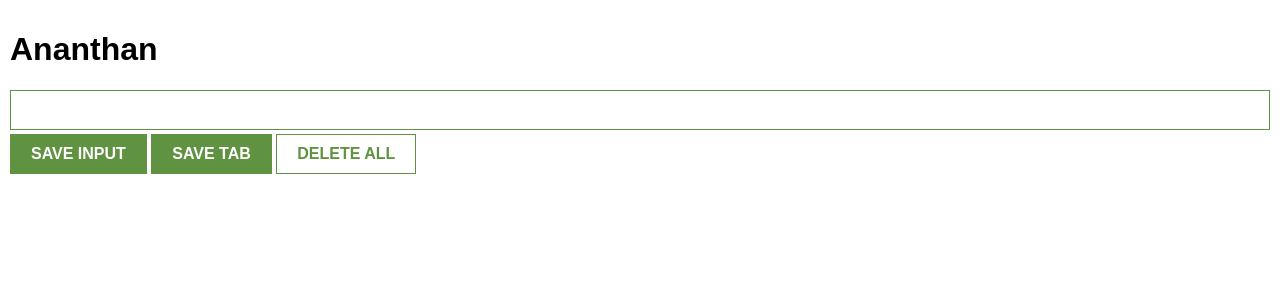
Repository: ananthantharma/Chrome-Extension
Page: index.html
These files come from the project's save history. The page is drawn as it stood at one moment and after the next save; the edit follows.
The browser window is 1280 px wide. The pictures show the whole page.

Above is the page before, as saved 2022-07-20 23:11:05.

### index.html
<html>
    <head><link rel="stylesheet" href="https://cdnjs.cloudflare.com/ajax/libs/normalize/8.0.1/normalize.css">
        <link rel="stylesheet" href="index.css">
        <h1>Ananthan</h1>
    </head>
    <body>
        <input type="text" id="input-el">
        <button id="input-btn">SAVE INPUT</button>
        <button id="tab-btn">SAVE TAB</button>
        <button id="delete-btn">DELETE ALL</button>
        <ul id="ul-el">
        </ul>
        <script src="index.js"></script>
    </body>
</html>

### index.css
body {
    margin: 0;
    padding: 10px;
    font-family: Arial, Helvetica, sans-serif;
    min-width: 400px;
}

input {
    width: 100%;
    padding: 10px;
    box-sizing: border-box;
    border: 1px solid #5f9341;
    margin-bottom: 4px;
}

button {
    background: #5f9341;
    color: white;
    padding: 10px 20px;
    border: 1px solid #5f9341;
    font-weight: bold;
}

#delete-btn {
    background: white;
    color: #5f9341;
}

ul {
    margin-top: 20px;
    list-style: none;
    padding-left: 0;
}

li {
    margin-top: 5px;
}

a {
    color: #5f9341;
}

#delete-icon {
    background: white;
    color: #5f9341;
    font-family: Arial, Helvetica, sans-serif;
    font-size:10px;

    margin: 0;
    padding: 0;
    margin-left: 4px;

    line-height: normal;
}
.small-btn{
    background: white;
    color: #5f9341;
    font-family: Arial, Helvetica, sans-serif;
    font-size:10px;

    margin: 0;
    padding: 0;
    margin-left: 4px;

    line-height: normal;
}

### index.js
let myLeads = []
const inputEl = document.getElementById("input-el")
const inputBtn = document.getElementById("input-btn")
const ulEl = document.getElementById("ul-el")
const deleteBtn = document.getElementById("delete-btn")
const leadsFromLocalStorage = JSON.parse( localStorage.getItem("myLeads") )
const tabBtn = document.getElementById("tab-btn")
const li=document.createElement("li")



if (leadsFromLocalStorage) {
    myLeads = leadsFromLocalStorage
    render(myLeads)
   }

tabBtn.addEventListener("click", function(){
    chrome.tabs.query({active: true, currentWindow: true}, function(tabs){
        myLeads.push(tabs[0].url)
        localStorage.setItem("myLeads", JSON.stringify(myLeads) )

        let a5=document.createElement('a')
        let list5 =document.createElement("li")
        let button5=document.createElement('button')

        button5.className="small-btn"
        button5.id="small-button"
        button5.innerHTML="Delete";
        button5.onclick=function(){
            list5.remove()
            let index = myLeads.indexOf(tabs[0].url);
            //if (index !== -1) {
                myLeads.splice(index, 1);
                localStorage.setItem("myLeads", JSON.stringify(myLeads) )
            //}
        }
        a5.innerHTML=tabs[0].url
        a5.title =tabs[0].url
        a5.href=tabs[0].url



        ulEl.appendChild(list5)
        list5.appendChild(a5)
        list5.appendChild(button5)



        })
    })

function render(leads) {
    for (let i = 0; i < leads.length; i++) {
        //li.appendChild(document.createTextNode(leads[i]));
        let a=document.createElement('a')
        let list =document.createElement("li")
        let button=document.createElement("button")
        button.className="small-btn"
        button.id="small-button"
        button.innerHTML="Delete";
        //*********************************************** */
        button.onclick=function(){
            list.remove()
            let index = myLeads.indexOf(leads[i]);
            //if (index !== -1) {
                myLeads.splice(index, 1);
                localStorage.setItem("myLeads", JSON.stringify(myLeads) )
            //}
        }

        a.innerHTML=leads[i]
        a.title =leads[i]
        a.href=leads[i]

        ulEl.appendChild(list)
        list.appendChild(a)
        list.appendChild(button)



        }

          }

          function removebutton(parent) {

                this.parentElement.remove();
            }

    deleteBtn.addEventListener("dblclick", function() {
        myLeads = []
        localStorage.clear()
        document.getElementById('ul-el').innerHTML = '';
        console.log(myLeads)
        })





    inputBtn.addEventListener("click", function() {
        myLeads.push(inputEl.value)
        localStorage.setItem("myLeads", JSON.stringify(myLeads))

        let a1=document.createElement('a')
        let list1=document.createElement("li")

        let button2=document.createElement('button')
        button2.className="small-btn"
        button2.id="small-button"
        a1.innerHTML=inputEl.value
        a1.title =inputEl.value
        a1.href=inputEl.value

        button2.innerHTML="Delete"
        button2.onclick=function(){
            list1.remove()
            let index = myLeads.indexOf(inputEl.value);
            //if (index !== -1) {
                myLeads.splice(index, 1);
                localStorage.setItem("myLeads", JSON.stringify(myLeads) )
            //}
        }


        ulEl.appendChild(list1);
        list1.appendChild(a1)
        list1.appendChild(button2)


        inputEl.value = ""


        console.log(myLeads)
        })



        /* removeBtn && removeBtn.addEventListener("click", function(){
            myLeads.splice(this.i, 1);
            localStorage.setItem("myLeads", JSON.stringify(myLeads) )
            render(myLeads)
        }) */

     /*    function removebutton(i){
            myLeads.splice(i, 1);
            localStorage.setItem("myLeads", JSON.stringify(myLeads) )
            render(myLeads)
        } */

After the next save:
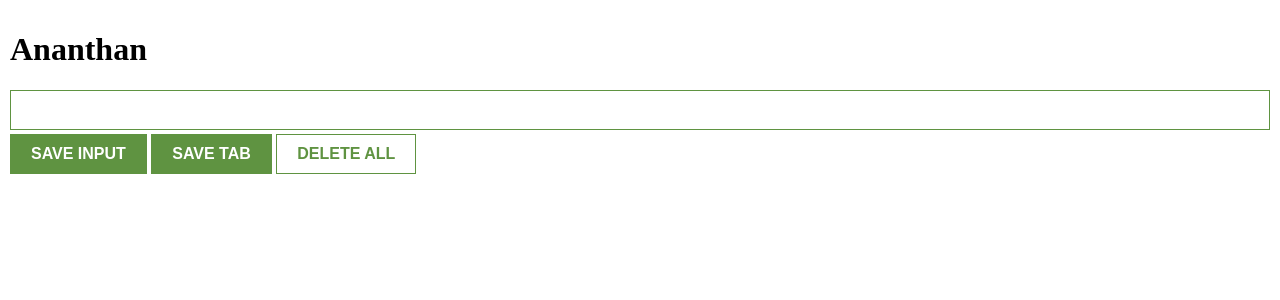
Saved 43 s later.
--- a/index.css
+++ b/index.css
@@ -4,7 +4,9 @@ body {
     font-family: Arial, Helvetica, sans-serif;
     min-width: 400px;
 }
-
+h1{
+    font-family: 'Brush Script MT', cursive;
+}
 input {
     width: 100%;
     padding: 10px;
